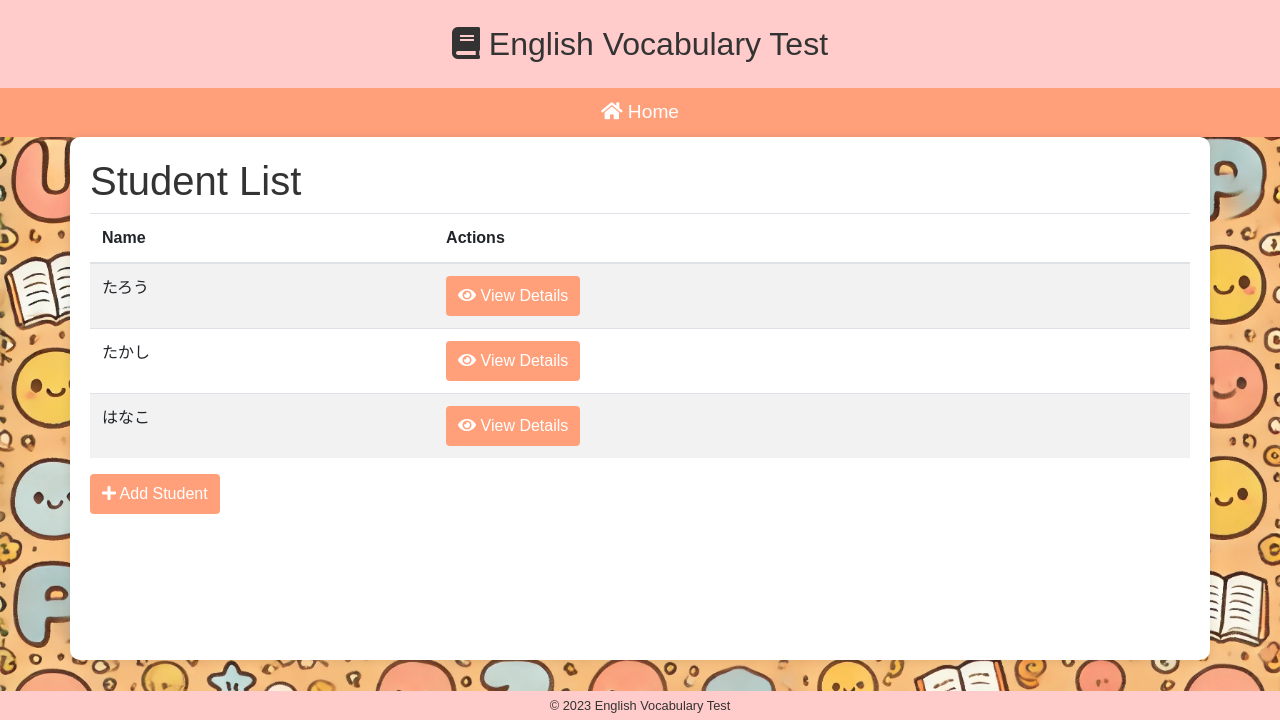
Repository: YamatoGH/testapp
Page: http://localhost/students/
The author's editor kept a copy of each file at every save. The page is drawn from the files as they stood at one save, then again after the next save.
The browser window is 1280 px wide. The pictures show the whole page.
The page is served by the project's application, run on Django 5.2 (manage.py). Other server files are loaded and not shown. The page reads the database file committed with the project.

Above is the page before, as saved 2024-08-01 17:57:16.

### testapp/templates/testapp/student_list.html
{% extends "testapp/base.html" %}

{% block title %}Student List{% endblock %}

{% block content %}
<h1>Student List</h1>
<table class="table table-striped table-hover">
    <thead>
        <tr>
            <th>Name</th>
            <th>Actions</th>
        </tr>
    </thead>
    <tbody>
        {% for student in students %}
        <tr>
            <td>{{ student.name }}</td>
            <td>
                <a href="{% url 'student_detail' student.id %}" class="btn btn-custom"><i class="fas fa-eye"></i> View Details</a>
            </td>
        </tr>
        {% endfor %}
    </tbody>
</table>

<a href="{% url 'add_student' %}" class="btn btn-custom"><i class="fas fa-plus"></i> Add Student</a>

{% endblock %}

### testapp/templates/testapp/base.html
<!DOCTYPE html>
<html>
<head>
    {% load static %}
    <title>{% block title %}English Vocabulary Test{% endblock %}</title>
    <link rel="stylesheet" href="https://stackpath.bootstrapcdn.com/bootstrap/4.3.1/css/bootstrap.min.css">
    <link rel="stylesheet" href="https://cdnjs.cloudflare.com/ajax/libs/font-awesome/5.15.3/css/all.min.css">
    <link rel="stylesheet" type="text/css" href="{% static 'testapp/css/style.css' %}">
</head>
<body>
    <header>
        <i class="fas fa-book"></i> English Vocabulary Test
    </header>
    <nav>
        <a href="{% url 'home' %}"><i class="fas fa-home"></i> Home</a>
    </nav>
    <div class="container">
        {% block content %}{% endblock %}
    </div>
    <footer>
        &copy; 2023 English Vocabulary Test
    </footer>
</body>
<script>
    document.addEventListener("DOMContentLoaded", function() {
        var coll = document.getElementsByClassName("collapsible");
        for (var i = 0; i < coll.length; i++) {
            coll[i].addEventListener("click", function() {
                this.classList.toggle("active");
                var content = this.nextElementSibling;
                if (content.style.display === "block") {
                    content.style.display = "none";
                } else {
                    content.style.display = "block";
                }
            });
        }
    });
</script>
</html>

### testapp/models.py
from django.db import models

class Group(models.Model):
    name = models.CharField(max_length=100)

    def __str__(self):
        return self.name

class Test(models.Model):
    name = models.CharField(max_length=100)
    group = models.ForeignKey(Group, on_delete=models.CASCADE, related_name='tests', null=True)

    def __str__(self):
        return self.name

class Word(models.Model):
    test = models.ForeignKey(Test, related_name='words', on_delete=models.CASCADE)
    word = models.CharField(max_length=100)
    meaning = models.CharField(max_length=255)

class Student(models.Model):
    name = models.CharField(max_length=100)
    test_group = models.ForeignKey('Group', on_delete=models.SET_NULL, null=True, blank=True)
    current_test = models.ForeignKey('Test', on_delete=models.SET_NULL, null=True, blank=True)
    start_index = models.IntegerField(default=0)
    last_index = models.IntegerField(default=0)
    last_saved = models.DateTimeField(auto_now=True)
    note = models.TextField(blank=True, null=True)
    shuffle = models.CharField(max_length=3, choices=[('yes', 'Yes'), ('no', 'No')], default='no')

    def __str__(self):
        return self.name

### testapp/views.py
import pandas as pd
from django.shortcuts import render, get_object_or_404, redirect
from django.contrib import messages
from .models import Test, Word, Student, Group
from .forms import TestForm, WordForm, StudentDetailForm, UploadFileForm
import random
from django.forms import formset_factory

def home(request):
    groups = Group.objects.all()
    return render(request, 'testapp/home.html', {'groups': groups})
def create_test_from_file(request):
    if request.method == 'POST':
        form = TestForm(request.POST, request.FILES)
        upload_form = UploadFileForm(request.POST, request.FILES)
        if form.is_valid() and upload_form.is_valid():
            test_name = form.cleaned_data['name']
            group = form.cleaned_data['group']
            file = request.FILES['file']
            if file.name.endswith('.csv'):
                data = pd.read_csv(file)
            elif file.name.endswith('.xlsx'):
                data = pd.read_excel(file)
            else:
                messages.error(request, "Unsupported file format")
                return redirect('create_test_from_file')

            test = Test.objects.create(name=test_name, group=group)

            for _, row in data.iterrows():
                Word.objects.create(test=test, word=row['word'], meaning=row['meaning'])

            messages.success(request, "Test created successfully")
            return redirect('test_detail', pk=test.id)
    else:
        form = TestForm()
        upload_form = UploadFileForm()

    return render(request, 'testapp/create_test_from_file.html', {'form': form, 'upload_form': upload_form})
def test_detail(request, pk):
    test = get_object_or_404(Test, pk=pk)
    words = test.words.all()
    return render(request, 'testapp/test_detail.html', {'test': test, 'words': words})

def all_tests(request):
    tests = Test.objects.all()
    return render(request, 'testapp/all_tests.html', {'tests': tests})

def print_test(request, pk, start_index, end_index, shuffle):
    test = get_object_or_404(Test, pk=pk)
    words = list(test.words.all())
    if shuffle == 'yes':
        random.shuffle(words)
    words = words[start_index:end_index]
    return render(request, 'testapp/print_test.html', {'test': test, 'words': words})

def print_test_with_answers(request, pk, start_index, end_index, shuffle):
    test = get_object_or_404(Test, pk=pk)
    words = list(test.words.all())
    if shuffle == 'yes':
        random.shuffle(words)
    words = words[start_index:end_index]
    return render(request, 'testapp/print_test_with_answers.html', {'test': test, 'words': words})

def add_student(request):
    if request.method == 'POST':
        form = StudentDetailForm(request.POST)
        if form.is_valid():
            form.save()
            return redirect('student_list')
        else:
            messages.error(request, "Form is not valid")
    else:
        form = StudentDetailForm()
    return render(request, 'testapp/add_student.html', {'form': form})

def student_list(request):
    students = Student.objects.all()
    return render(request, 'testapp/student_list.html', {'students': students})

def student_detail(request, pk):
    student = get_object_or_404(Student, pk=pk)
    if request.method == 'POST':
        form = StudentDetailForm(request.POST, instance=student)
        if form.is_valid():
            form.save()
            messages.success(request, '保存に成功しました。')
            if 'print' in request.POST:
                return redirect('print_test', pk=student.current_test.pk, start_index=form.cleaned_data['start_index'], end_index=form.cleaned_data['last_index'], shuffle=form.cleaned_data['shuffle'])
            else:
                return redirect('student_detail', pk=student.pk)
        else:
            messages.error(request, "Form is not valid")
            print(form.errors)  # デバッグ用
    else:
        form = StudentDetailForm(instance=student)

    return render(request, 'testapp/student_detail.html', {'form': form, 'student': student})

def group_tests(request, pk):
    group = get_object_or_404(Group, pk=pk)
    tests = group.tests.all()
    return render(request, 'testapp/group_tests.html', {'group': group, 'tests': tests})

### vocab_test/urls.py
"""
URL configuration for vocab_test project.

The `urlpatterns` list routes URLs to views. For more information please see:
    https://docs.djangoproject.com/en/5.0/topics/http/urls/
Examples:
Function views
    1. Add an import:  from my_app import views
    2. Add a URL to urlpatterns:  path('', views.home, name='home')
Class-based views
    1. Add an import:  from other_app.views import Home
    2. Add a URL to urlpatterns:  path('', Home.as_view(), name='home')
Including another URLconf
    1. Import the include() function: from django.urls import include, path
    2. Add a URL to urlpatterns:  path('blog/', include('blog.urls'))
"""
from django.contrib import admin
from django.urls import include, path
from django.conf import settings
from django.conf.urls.static import static

urlpatterns = [
    path('admin/', admin.site.urls),
    path('', include('testapp.urls')),
]+ static(settings.MEDIA_URL, document_root=settings.MEDIA_ROOT)

### testapp/urls.py
from django.urls import path
from . import views

urlpatterns = [
    path('', views.home, name='home'),
    path('create-test-from-file/', views.create_test_from_file, name='create_test_from_file'),
    path('test/<int:pk>/', views.test_detail, name='test_detail'),
    path('all-tests/', views.all_tests, name='all_tests'),
    path('print-test/<int:pk>/<int:start_index>/<int:end_index>/<str:shuffle>/', views.print_test, name='print_test'),
    path('print-test-with-answers/<int:pk>/<int:start_index>/<int:end_index>/<str:shuffle>/', views.print_test_with_answers, name='print_test_with_answers'),
    path('add-student/', views.add_student, name='add_student'),
    path('students/', views.student_list, name='student_list'),
    path('students/<int:pk>/', views.student_detail, name='student_detail'),
    path('group-tests/<int:pk>/', views.group_tests, name='group_tests'),
]

### testapp/static/testapp/css/style.css
body {
    font-family: 'Comic Sans MS', cursive, sans-serif;
    background-color: #f0f8ff;
    color: #333;
    margin: 0;
    padding: 0;
    background-image: url('/static/testapp/images/background.jpg');
    background-size: cover;
    background-repeat: no-repeat;
    background-attachment: fixed;
    display: flex;
    flex-direction: column;
    min-height: 100vh;
}

header {
    background-color: #ffcccb;
    padding: 20px;
    text-align: center;
    font-size: 2em;
    color: #333;
}

nav {
    background-color: #ffa07a;
    padding: 10px;
    text-align: center;
}

nav a {
    margin: 0 15px;
    color: #fff;
    text-decoration: none;
    font-size: 1.2em;
}

nav a:hover {
    text-decoration: underline;
}

.container {
    flex: 1;
    padding: 20px;
    background-color: rgba(255, 255, 255, 1.0);
    border-radius: 10px;
    box-shadow: 0 0 10px rgba(0, 0, 0, 0.1);
    margin-bottom: 60px;
}

footer {
    background-color: #ffcccb;
    padding: 5px;
    text-align: center;
    font-size: 0.8em;
    position: fixed;
    width: 100%;
    bottom: 0;
}

form .btn-save {
    background-color: #28a745 !important;
    color: white !important;
    padding: 10px 20px !important;
    border: none !important;
    text-align: center !important;
    text-decoration: none !important;
    display: inline-block !important;
    font-size: 16px !important;
    margin: 4px 2px !important;
    transition-duration: 0.4s !important;
    cursor: pointer !important;
}

form .btn-save:hover {
    background-color: white !important;
    color: black !important;
    border: 2px solid #28a745 !important;
}

form .btn-print {
    background-color: #87CEEB !important;
    color: white !important;
    padding: 10px 20px !important;
    border: none !important;
    text-align: center !important;
    text-decoration: none !important;
    display: inline-block !important;
    font-size: 16px !important;
    margin: 4px 2px !important;
    transition-duration: 0.4s !important;
    cursor: pointer !important;
}

form .btn-print:hover {
    background-color: white !important;
    color: black !important;
    border: 2px solid #87CEEB !important;
}

.btn-custom {
    background-color: #ffa07a !important;
    color: white !important;
    padding: 8px 12px !important;
    border: none !important;
    text-align: center !important;
    text-decoration: none !important;
    display: inline-block !important;
    font-size: 16px !important;
    margin: 0 !important;
    transition-duration: 0.4s !important;
    cursor: pointer !important;
    border-radius: 0.25rem !important; /* Bootstrapのデフォルトと一致させる */
}

.btn-custom:hover {
    background-color: white !important;
    color: black !important;
    border: 2px solid #ffa07a !important;
}


.collapsible {
    cursor: pointer;
    padding: 10px;
    width: 100%;
    border: none;
    text-align: center;
    outline: none;
    font-size: 1em;
}

.active, .collapsible:hover {
    background-color: #ddd;
}

.collapsible-content {
    display: none;
    overflow: hidden;
    padding: 0 10px;
}

.fixed-buttons {
    position: fixed !important;
    bottom: 29px !important;
    right: 0px !important;
    display: flex !important;
    flex-direction: row !important;
    gap: 0 !important;
    align-items: center !important;
    z-index: 1000 !important;
    padding: 0 !important;
}

.fixed-buttons .btn-custom {
    background-color: #007bff !important;
    color: white !important;
    padding: 8px 12px !important;
    border-radius: 5px !important;
    text-decoration: none !important;
    box-shadow: 0 2px 5px rgba(0,0,0,0.2) !important;
    transition: background-color 0.3s ease !important;
}

.fixed-buttons .btn-custom:hover {
    background-color: #0056b3 !important;
}

.view-all-students-button,
.all-tests-button,
.create-test-button {
    margin: 0 !important;
}

.form-group {
    display: flex !important;
    align-items: center !important;
}

.form-group button,
.form-group .btn-custom {
    margin-left: 10px !important;
}

.note-field {
    width: 100%;
    max-width: 400px; /* 必要に応じて調整 */
    height: 50px;
}

.alert {
    position: fixed;
    bottom: 5px;
    left: 50%;
    transform: translateX(-50%);
    background-color: #28a745;
    color: white;
    padding: 10px 20px;
    border-radius: 5px;
    box-shadow: 0 2px 5px rgba(0, 0, 0, 0.2);
    z-index: 1000;
    transition: opacity 0.5s ease-out, display 0.5s ease-out;
}

.btn-create {
    background-color: #28a745; /* Green color */
    border: none;
    color: white;
    padding: 10px 20px;
    text-align: center;
    text-decoration: none;
    display: inline-block;
    font-size: 16px;
    margin: 4px 2px;
    transition-duration: 0.4s;
    cursor: pointer;
}

.btn-create:hover {
    background-color: #218838; /* Darker green */
    color: white;
    border: 2px solid #218838;
}

.btn-add-words {
    background-color: #007bff; /* Light blue color */
    border: none;
    color: white;
    padding: 10px 20px;
    text-align: center;
    text-decoration: none;
    display: inline-block;
    font-size: 16px;
    margin: 4px 2px;
    transition-duration: 0.4s;
    cursor: pointer;
}

.btn-add-words:hover {
    background-color: #0056b3; /* Darker blue */
    color: white;
    border: 2px solid #0056b3;
}

### db.sqlite3 (the tables this page reads, as SQL)
CREATE TABLE "testapp_student" ("id" integer NOT NULL PRIMARY KEY AUTOINCREMENT, "name" varchar(100) NOT NULL, "start_index" integer NOT NULL, "last_index" integer NOT NULL, "last_saved" datetime NOT NULL, "note" text NULL, "shuffle" varchar(3) NOT NULL, "test_group_id" bigint NULL REFERENCES "testapp_group" ("id") DEFERRABLE INITIALLY DEFERRED, "current_test_id" bigint NULL REFERENCES "testapp_test" ("id") DEFERRABLE INITIALLY DEFERRED);
INSERT INTO "testapp_student" VALUES
(1, 'たろう', 1, 5, '2024-08-01 09:46:48.962036', '', 'yes', 3, 11),
(2, 'たかし', 0, 0, '2024-08-01 11:16:20.622409', '', 'no', 5, 12),
(3, 'はなこ', 1, 3, '2024-08-02 01:13:57.979124', 'めもの実験です', 'yes', 6, 11);

After the next save:
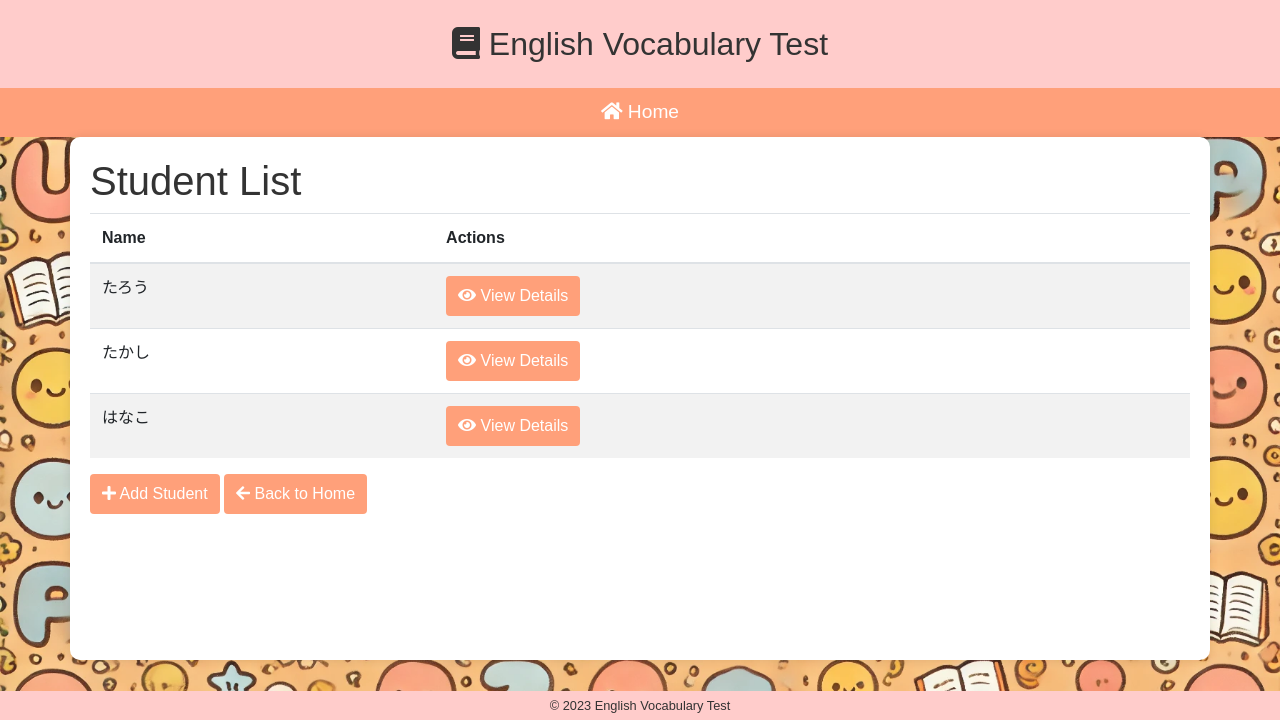
Saved 94 s later.
--- a/testapp/templates/testapp/student_list.html
+++ b/testapp/templates/testapp/student_list.html
@@ -23,6 +23,9 @@
     </tbody>
 </table>
 
-<a href="{% url 'add_student' %}" class="btn btn-custom"><i class="fas fa-plus"></i> Add Student</a>
+<div class="button-group">
+    <a href="{% url 'add_student' %}" class="btn btn-custom"><i class="fas fa-plus"></i> Add Student</a>
+    <a href="{% url 'home' %}" class="btn btn-custom"><i class="fas fa-arrow-left"></i> Back to Home</a>
+</div>
 
 {% endblock %}
